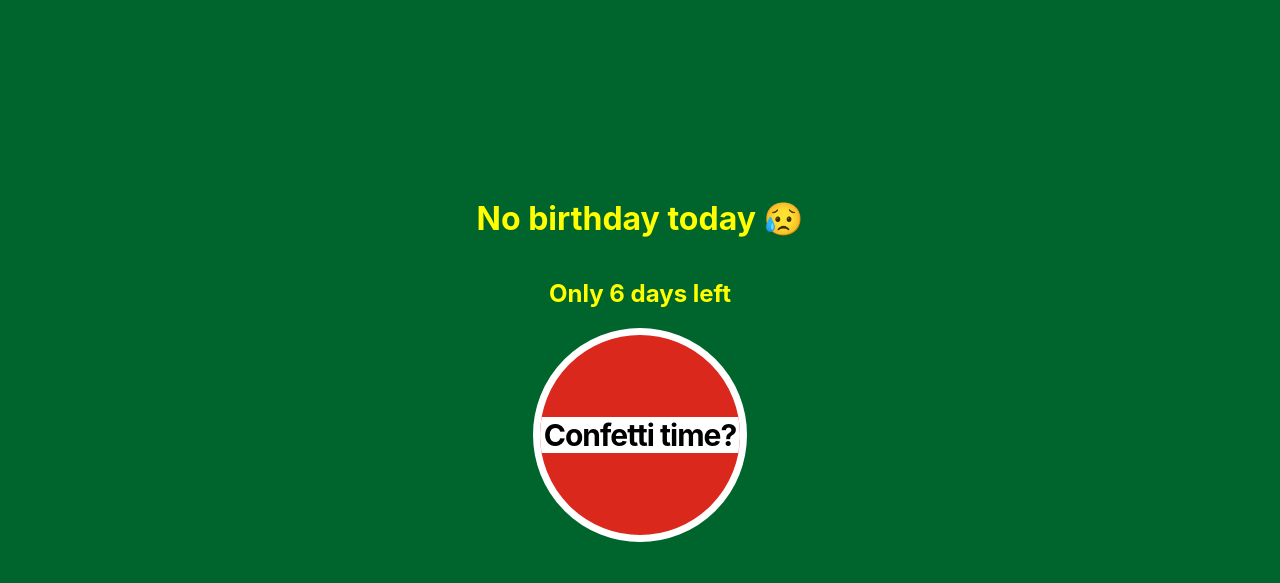
Repository: David-Waite/HannahsBirthdayWebsite
Page: /
An editor plug-in stored every save of this project. The page is shown before and after the next save, followed by the edit.
The browser window is 1280 px wide. The pictures show the whole page.
The project was rebuilt for these pictures with package versions that can differ from the ones it lists, and the page was loaded fresh each time.

Above is the page before, as saved 2023-03-30 18:33:14.

### public/index.html
<!DOCTYPE html>
<html lang="en">
  <head>
    <meta charset="utf-8" />
    <link rel="icon" href="%PUBLIC_URL%/favicon.ico" />
    <meta name="viewport" content="width=device-width, initial-scale=1" />
    <meta name="theme-color" content="#000000" />
    <meta
      name="description"
      content="Web site created using create-react-app"
    />
    <link rel="apple-touch-icon" href="%PUBLIC_URL%/logo192.png" />
    <!--
      manifest.json provides metadata used when your web app is installed on a
      user's mobile device or desktop. See https://developers.google.com/web/fundamentals/web-app-manifest/
    -->
    <link rel="manifest" href="%PUBLIC_URL%/manifest.json" />
    <!--
      Notice the use of %PUBLIC_URL% in the tags above.
      It will be replaced with the URL of the `public` folder during the build.
      Only files inside the `public` folder can be referenced from the HTML.

      Unlike "/favicon.ico" or "favicon.ico", "%PUBLIC_URL%/favicon.ico" will
      work correctly both with client-side routing and a non-root public URL.
      Learn how to configure a non-root public URL by running `npm run build`.
    -->
    <link rel="preconnect" href="https://fonts.googleapis.com" />
    <link rel="preconnect" href="https://fonts.gstatic.com" crossorigin />
    <link
      href="https://fonts.googleapis.com/css2?family=Merriweather:wght@700&display=swap"
      rel="stylesheet"
    />
    <title>Hannah's Birthday?</title>
  </head>
  <body>
    <noscript>You need to enable JavaScript to run this app.</noscript>
    <div id="root"></div>
    <!--
      This HTML file is a template.
      If you open it directly in the browser, you will see an empty page.

      You can add webfonts, meta tags, or analytics to this file.
      The build step will place the bundled scripts into the <body> tag.

      To begin the development, run `npm start` or `yarn start`.
      To create a production bundle, use `npm run build` or `yarn build`.
    -->
  </body>
</html>

### src/index.css
body {
  margin: 0;
  font-family: -apple-system, BlinkMacSystemFont, "Segoe UI", "Roboto", "Oxygen",
    "Ubuntu", "Cantarell", "Fira Sans", "Droid Sans", "Helvetica Neue",
    sans-serif;
  -webkit-font-smoothing: antialiased;
  -moz-osx-font-smoothing: grayscale;
}

.App {
  width: 100vw;
  height: 100vh;
  display: flex;
  flex-direction: column;
  align-items: center;
  justify-content: center;
  background-color: #00642d;
  color: rgb(255, 255, 0);
}

.buttonCon {
  display: flex;
  align-items: center;
  justify-content: center;
  height: 200px;
  width: 200px;
  overflow: hidden;
  background-color: #da291c;
  border-radius: 50%;
  border: 7px solid white;
  cursor: pointer;
}
.buttonCon p {
  border: none;
  width: 100%;
  background-color: white;
  color: black;
  font-weight: bold;
  font-size: 30px;
  padding: 0;
  letter-spacing: -1px;
}

.buttonCon:hover {
  background-color: #a31f15;
}

### src/App.js
import "./App.css";

import Confetti from "react-confetti";

import { useState } from "react";

function App() {
  const [confetti, setConfetti] = useState(null);
  const [buttonText, setButtonText] = useState("Confetti time?");
  function isBirthdayToday() {
    const date = new Date();
    if (date.getMonth() === 3 && date.getDate() === 5) {
      return true;
    }
    return false;
  }

  function rainConfetti() {
    if (isBirthdayToday()) {
      setConfetti(true);
      setButtonText("Confetti time!");
    } else {
      setButtonText("no");
    }
  }

  function getDaysUntilBirthday() {
    const date = new Date();
    const hannahBday = new Date(date.getFullYear(), 3, 5);
    const hannahBdayNextYear = new Date(date.getFullYear() + 1, 3, 5);
    const oneDay = 1000 * 60 * 60 * 24;

    let daysUntilBirthday;
    if (hannahBday < date) {
      daysUntilBirthday =
        Math.ceil(hannahBdayNextYear.getTime() - date.getTime()) / oneDay;
    } else {
      daysUntilBirthday =
        Math.ceil(hannahBday.getTime() - date.getTime()) / oneDay;
    }

    return daysUntilBirthday;
  }

  // 5th april
  let birthdayText;
  if (isBirthdayToday()) {
    birthdayText = <h1>Happy birthday!🥳</h1>;
  } else {
    birthdayText = (
      <>
        <h1>No birthday today 😥</h1>
        <h2>Only {Math.ceil(getDaysUntilBirthday())} days left</h2>
      </>
    );
  }
  console.log(isBirthdayToday());
  const date = new Date();

  return (
    <div className="App">
      {confetti && <Confetti />}

      {birthdayText}
      <div className="buttonCon">
        <p onClick={rainConfetti}>{buttonText}</p>
      </div>
    </div>
  );
}

export default App;

Loaded but not shown: src/index.js (common file); src/reportWebVitals.js (common file); src/App.css (common file)

After the next save:
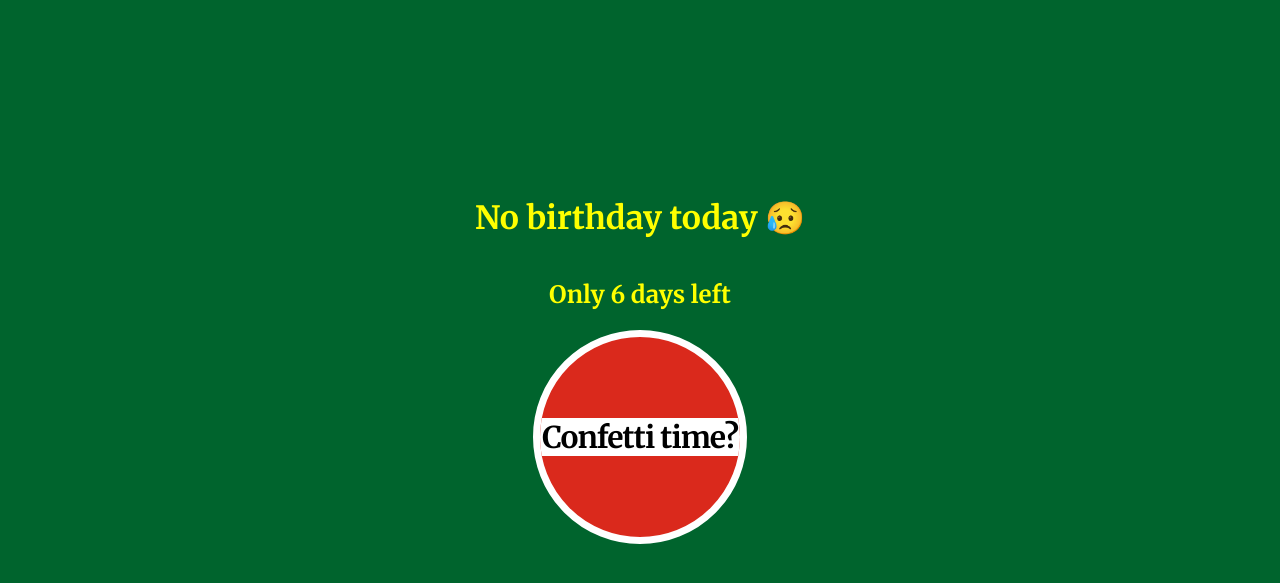
Saved 25 s later.
--- a/src/index.css
+++ b/src/index.css
@@ -1,8 +1,6 @@
 body {
   margin: 0;
-  font-family: -apple-system, BlinkMacSystemFont, "Segoe UI", "Roboto", "Oxygen",
-    "Ubuntu", "Cantarell", "Fira Sans", "Droid Sans", "Helvetica Neue",
-    sans-serif;
+  font-family: "Merriweather", serif;
   -webkit-font-smoothing: antialiased;
   -moz-osx-font-smoothing: grayscale;
 }
